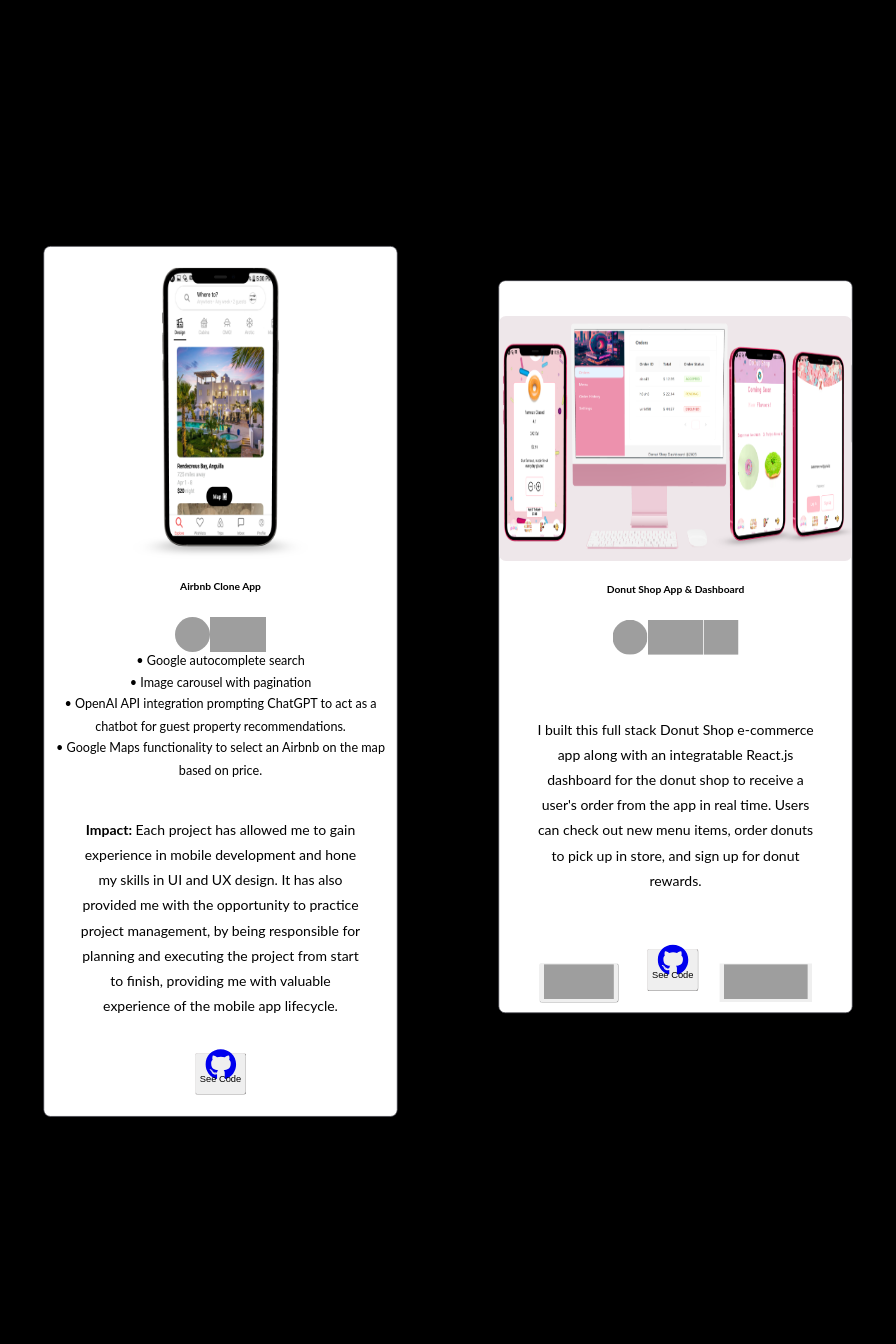
Repository: JamesPesenti/portfolio
Page: /
An editor plug-in stored every save of this project. The page is shown before and after the next save, followed by the edit.
The browser window is 1280 px wide. The pictures show the part of the page from y = 1429 to 3349 px (the page is 6929 px tall), at 70% of full size.
Pictures or frames that could not be fetched are drawn as grey boxes. The project was rebuilt for these pictures with package versions that can differ from the ones it lists, and the page was loaded fresh each time. Imported but missing from the stored project, and not drawn on this page: src/Components/James Pesenti Resume 2023.pdf.

Above is the page before, as saved 2023-08-28 14:56:47.

After the next save:
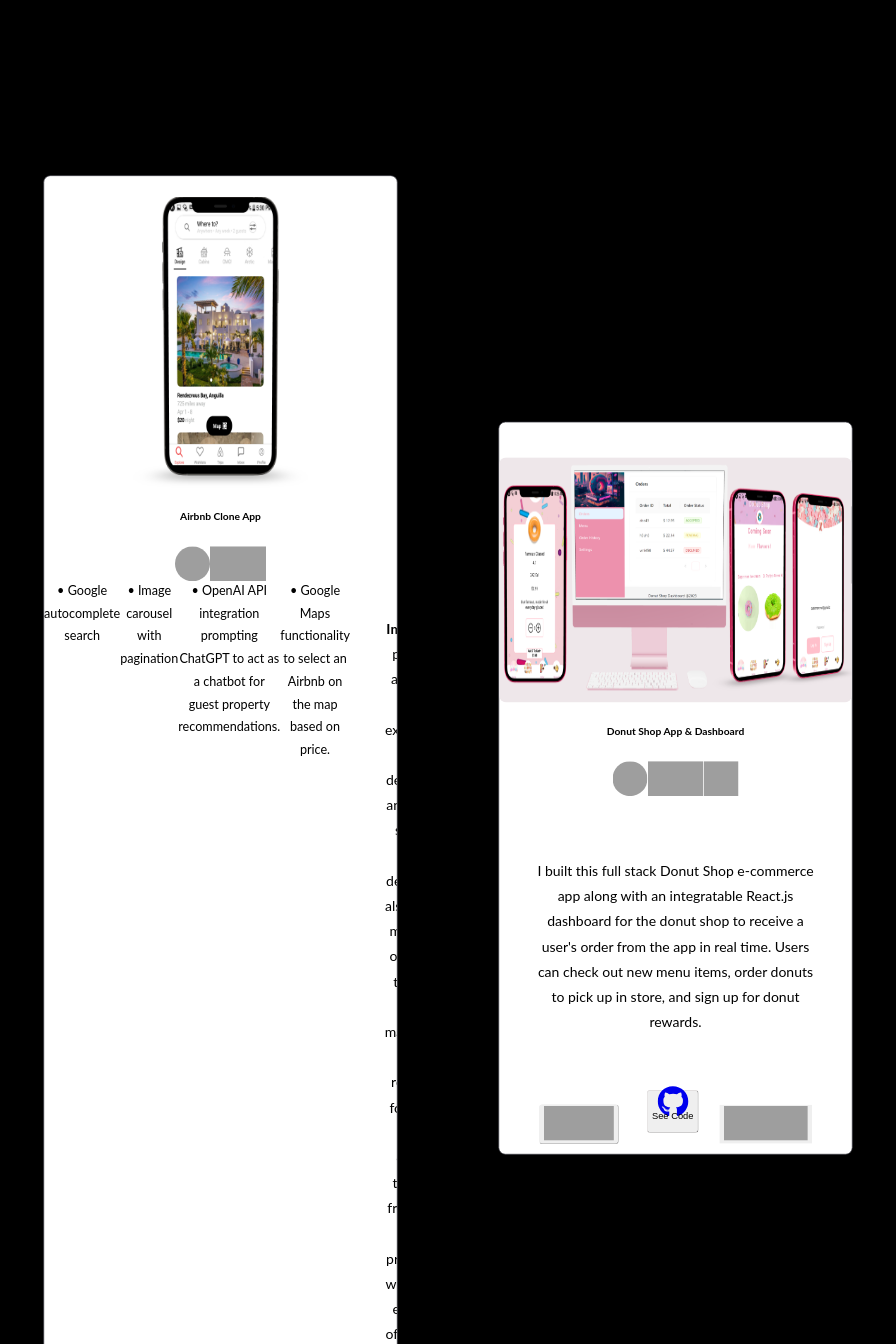
Saved 22 s later.
--- a/src/Components/MyProjects.jsx
+++ b/src/Components/MyProjects.jsx
@@ -23,8 +23,6 @@
                   {/* <img style={{width: 50, height: 50, }} src="https://pbs.twimg.com/profile_images/1114309924551417856/FKA4cm2x_400x400.png"  /> */}
                 </div>
            <div style={{display: 'flex', flexDirection: "row"}}>
-           <div >
-            {/* <p style={{fontSize: 20, textAlign: 'center', padding: 50, marginBottom: -60}}>I created a mobile app clone of the popular Airbnb platform using React Native. Currently, the project includes a functional UI that mimics the 2022 Airbnb interface, with features such as</p> */}
             <p style={{fontSize: 18, padding: 0, marginBottom: -20}}>&#8226; Google autocomplete search</p>
             <p style={{fontSize: 18, padding: 0, marginBottom: -20}}>&#8226; Image carousel with pagination</p>
             <p style={{fontSize: 18, paddingHorizontal: 0, marginBottom: -20}}> &#8226; OpenAI API integration prompting ChatGPT to act as a chatbot for guest property recommendations.</p>
@@ -33,7 +31,6 @@
             {/* <p style={{fontSize: 20, textAlign: 'center', padding: 40, marginBottom: -60}}>I plan to add additional features and integrate back end functionality in future updates to enhance the user experience and provide a more comprehensive product.</p> */}
             {/* <p style={{fontSize: 20, textAlign: 'center', padding: 30, marginBottom: -80}}><b> Key Skills I learned: </b>React Native, UI design, Google Play and App Store submission process, mobile development, UX design, project management.</p> */}
             <p style={{fontSize: 20, textAlign: 'center', padding: 50}}><b> Impact: </b> Each project has allowed me to gain experience in mobile development and hone my skills in UI and UX design. It has also provided me with the opportunity to practice project management, by being responsible for planning and executing the project from start to finish, providing me with valuable experience of the mobile app lifecycle.</p>
-           </div>
            </div>
 
            <div >
